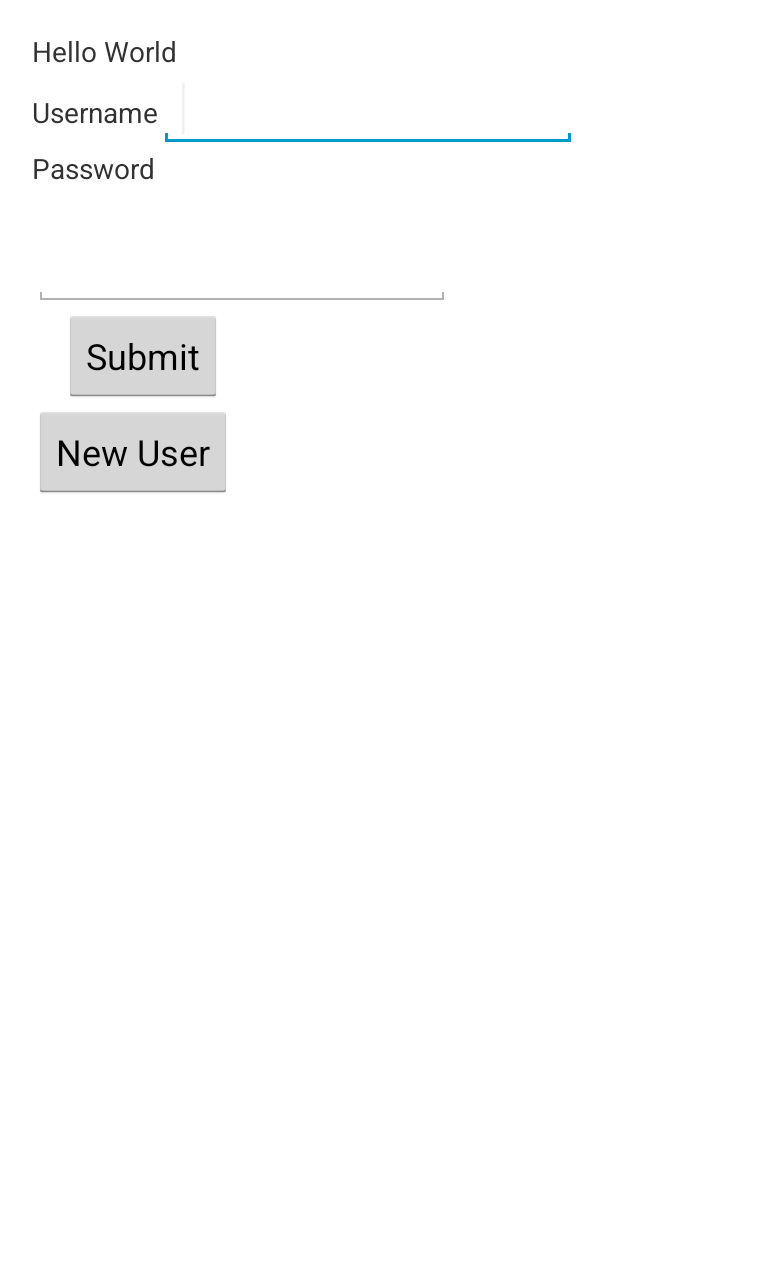
Repository: sbobra/women-startupweekend-sf
Layout: LaundryList/res/layout/activity_login.xml
An editor plug-in stored every save of this project. The layout is shown before and after the next save, followed by the edit.
It is drawn on a 768 x 1280 px phone screen (xhdpi) without system bars, with theme AppTheme; the app's code is not run.

Above is the layout before, as saved 2013-09-15 01:16:18.

### LaundryList/res/layout/activity_login.xml
<LinearLayout xmlns:android="http://schemas.android.com/apk/res/android"
    xmlns:tools="http://schemas.android.com/tools"
    android:layout_width="match_parent"
    android:layout_height="match_parent"
    android:orientation="vertical"
    android:paddingBottom="@dimen/activity_vertical_margin"
    android:paddingLeft="@dimen/activity_horizontal_margin"
    android:paddingRight="@dimen/activity_horizontal_margin"
    android:paddingTop="@dimen/activity_vertical_margin"
    tools:context=".LoginActivity" >

    <TextView
        android:id="@+id/textView1"
        android:layout_width="wrap_content"
        android:layout_height="wrap_content"
        android:text="@string/hello_world" />

    <LinearLayout
        android:layout_width="wrap_content"
        android:layout_height="wrap_content"
        android:orientation="horizontal" >

        <TextView
            android:id="@+id/textView2"
            android:layout_width="wrap_content"
            android:layout_height="wrap_content"
            android:text="Username" />

        <EditText
            android:id="@+id/usernameTextBox"
            android:layout_width="wrap_content"
            android:layout_height="wrap_content"
            android:ems="10"
            android:inputType="textEmailAddress" >

            <requestFocus />
        </EditText>
    </LinearLayout>

    <TextView
        android:id="@+id/textView3"
        android:layout_width="wrap_content"
        android:layout_height="wrap_content"
        android:text="Password" />

    <EditText
        android:id="@+id/passwordTextBox"
        android:layout_width="wrap_content"
        android:layout_height="wrap_content"
        android:layout_marginTop="21dp"
        android:ems="10"
        android:inputType="textPassword" />

    <Button
        android:id="@+id/loginButton"
        android:layout_width="wrap_content"
        android:layout_height="wrap_content"
        android:layout_marginLeft="15dp"
        android:text="Submit" />

    <Button
        android:id="@+id/newAcctButton"
        android:layout_width="wrap_content"
        android:layout_height="wrap_content"
        android:text="New User" />

</LinearLayout>

### LaundryList/res/values/strings.xml
<!--
  Copyright 2012 The Android Open Source Project

  Licensed under the Apache License, Version 2.0 (the "License");
  you may not use this file except in compliance with the License.
  You may obtain a copy of the License at

      http://www.apache.org/licenses/LICENSE-2.0

  Unless required by applicable law or agreed to in writing, software
  distributed under the License is distributed on an "AS IS" BASIS,
  WITHOUT WARRANTIES OR CONDITIONS OF ANY KIND, either express or implied.
  See the License for the specific language governing permissions and
  limitations under the License.
-->

<resources xmlns:xliff="urn:oasis:names:tc:xliff:document:1.2">

    <string name="hello_world">Hello World</string>
    <!-- Titles -->
    <string name="app_name">Animations Demo</string>
    <string name="title_crossfade">Simple Crossfade</string>
    <string name="title_card_flip">Card Flip</string>
    <string name="title_screen_slide">Screen Slide</string>
    <string name="title_zoom">Zoom</string>
    <string name="title_layout_changes">Layout Changes</string>
    <string name="title_template_step">Page <xliff:g id="step_number">%1$d</xliff:g>: Lorem
        Ipsum</string>
    <string name="title_template_explore">EXPLORE</string>
    <string name="title_template_home">HOME</string>
    <string name="title_template_goal">NEW GOAL</string>

    <!-- Actions -->
    <string name="action_toggle">Toggle indicator</string>
    <string name="action_add_item">Add item</string>
    <string name="action_remove_item">Remove item</string>
    <string name="action_previous">Previous</string>
    <string name="action_next">Next</string>
    <string name="action_finish">Finish</string>
    <string name="action_info">Photo info</string>
    <string name="action_photo">View photo</string>

    <!-- Messages -->
    <string name="message_empty_layout_changes">Add an item above to get started.</string>
    <string name="message_zoom_touch_expand">Touch a photo to expand it.</string>

    <!-- Accessibility-only descriptions -->
    <string name="description_image_1">Image 1</string>
    <string name="description_image_2">Image 2</string>
    <string name="description_zoom_touch_close">Expanded image (touch to close)</string>

    <!-- Other strings -->
    <string name="card_back_title">Angry Red Android</string>
    <string name="card_back_description"><![CDATA[Lorem ipsum dolor sit]]></string>
    <string name="lorem_ipsum"><![CDATA[Lorem ipsum dolor sit amet, consectetur adipiscing elit. Mauris et magna ut erat elementum cursus in quis ipsum. Nam faucibus ultrices eros, vel tempor leo semper sit amet. Duis magna quam, congue vitae interdum nec, condimentum ut lectus. Sed commodo venenatis eros a dignissim. Nunc adipiscing turpis nec magna venenatis at ultricies ipsum bibendum. Sed volutpat urna quis nisi vulputate egestas. Etiam eu dui a enim lacinia dapibus. Pellentesque habitant morbi tristique senectus et netus et malesuada fames ac turpis egestas.\n\nPhasellus orci mi, eleifend nec congue id, volutpat at neque. Cum sociis natoque penatibus et magnis dis parturient montes, nascetur ridiculus mus. Integer semper velit vel leo rutrum sed fermentum elit porta.]]></string>

</resources>

Loaded but not shown: LaundryList/res/values/styles.xml (common file); LaundryList/res/values-v11/styles.xml (common file); LaundryList/res/values-v14/styles.xml (common file); LaundryList/res/values/dimens.xml (common file)

After the next save:
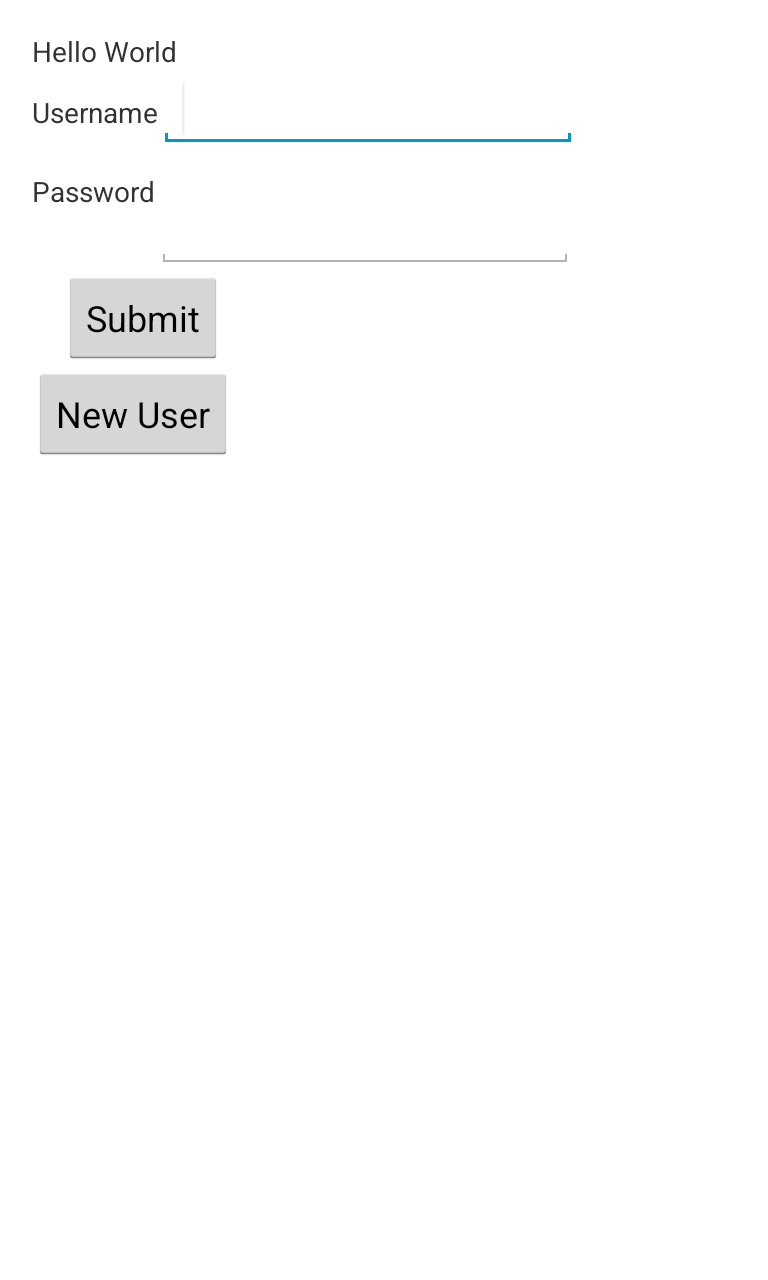
Saved 16 s later.
--- a/LaundryList/res/layout/activity_login.xml
+++ b/LaundryList/res/layout/activity_login.xml
@@ -37,19 +37,25 @@
         </EditText>
     </LinearLayout>
 
-    <TextView
-        android:id="@+id/textView3"
+    <LinearLayout
         android:layout_width="wrap_content"
         android:layout_height="wrap_content"
-        android:text="Password" />
+        android:orientation="horizontal" >
 
-    <EditText
-        android:id="@+id/passwordTextBox"
-        android:layout_width="wrap_content"
-        android:layout_height="wrap_content"
-        android:layout_marginTop="21dp"
-        android:ems="10"
-        android:inputType="textPassword" />
+        <TextView
+            android:id="@+id/textView3"
+            android:layout_width="wrap_content"
+            android:layout_height="wrap_content"
+            android:text="Password" />
+
+        <EditText
+            android:id="@+id/passwordTextBox"
+            android:layout_width="wrap_content"
+            android:layout_height="wrap_content"
+            android:layout_marginTop="21dp"
+            android:ems="10"
+            android:inputType="textPassword" />
+    </LinearLayout>
 
     <Button
         android:id="@+id/loginButton"
